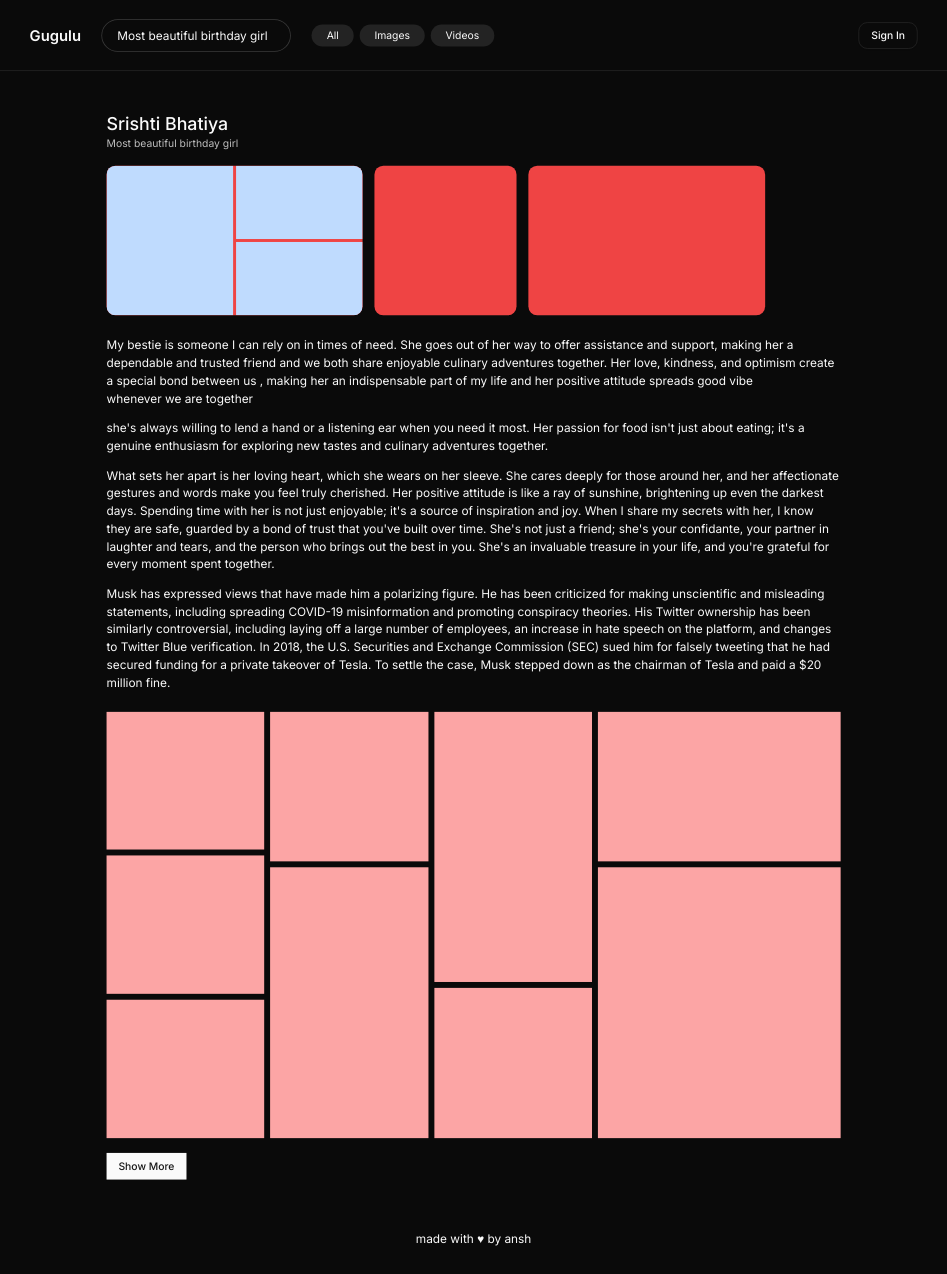
Repository: Harshgoel17/anshfinal
Page: /srishti
An editor plug-in stored every save of this project. The page is shown before and after the next save, followed by the edit.
The browser window is 1280 px wide. The pictures show the whole page, at 74% of full size.
The project was rebuilt for these pictures with package versions that can differ from the ones it lists, and the page was loaded fresh each time. The framework's server and built-in components were replaced by stand-ins that run in the browser. Also part of the build but not shown: next.config.js.

Above is the page before, as saved 2023-10-06 17:10:16.

### app/layout.js
import "./globals.css";
import { Inter } from "next/font/google";

const inter = Inter({ subsets: ["latin"] });

export const metadata = {
  title: "Gugulu",
  description: "Generated by create next app",
};

export default function RootLayout({ children }) {
  return (
    <html lang="en">
      <body className={inter.className}>{children}</body>
    </html>
  );
}

### app/srishti/page.jsx
import Gallery from '@/components/Gallery'
import Navbar from '@/components/Navbar'
import { Button } from '@/components/ui/button'
import React from 'react'

const page = () => {



  return (
    <div className='overflow-x-hidden'>
        <Navbar />
        <div className='py-14 px-36 gap-5 flex flex-col'>
            <div>
                <h1 className='text-2xl font-medium'>Srishti Bhatiya</h1>
                <p className='text-sm opacity-75'>Most beautiful birthday girl</p>
            </div>

            <div className='flex items-center gap-4'>
                <div className='bg-red-500 lg:w-[27vw] h-[28vh]  rounded-xl flex gap-1 overflow-hidden'>
                    <span className='bg-blue-200 w-[50%] h-full'></span>

                    <div className='flex flex-col gap-1 w-[50%] h-full'>
                        <span className='bg-blue-200 h-[50%] w-full'></span>
                        <span className='bg-blue-200 h-[50%] w-full'></span>
                    </div>
                </div>

                <div className='bg-red-500 lg:w-[15vw] h-[28vh]  rounded-xl flex gap-1 overflow-hidden'>

                </div>

                <div className='bg-red-500 lg:w-[25vw] h-[28vh]  rounded-xl flex gap-1 overflow-hidden'>

                </div>
            </div>

            <div className='text-lol py-2 flex flex-col gap-4'>
                <p>
                My bestie is someone I can rely on in times of need. She goes out of her way to offer assistance and support, making her a dependable and trusted friend and we both share enjoyable culinary adventures together. Her love, kindness, and optimism create a special bond between us , making her an indispensable part of my life and her positive attitude spreads good vibe whenever we are together


                </p>

                <p>
                she's always willing to lend a hand or a listening ear when you need it most. Her passion for food isn't just about eating; it's a genuine enthusiasm for exploring new tastes and culinary adventures together.


                </p>

                <p>
                What sets her apart is her loving heart, which she wears on her sleeve. She cares deeply for those around her, and her affectionate gestures and words make you feel truly cherished. Her positive attitude is like a ray of sunshine, brightening up even the darkest days. Spending time with her is not just enjoyable; it's a source of inspiration and joy.
When I share my secrets with her, I know they are safe, guarded by a bond of trust that you've built over time. She's not just a friend; she's your confidante, your partner in laughter and tears, and the person who brings out the best in you. She's an invaluable treasure in your life, and you're grateful for every moment spent together.


                </p>

                <p>
                Musk has expressed views that have made him a polarizing figure. He has been criticized for making unscientific and misleading statements, including spreading COVID-19 misinformation and promoting conspiracy theories. His Twitter ownership has been similarly controversial, including laying off a large number of employees, an increase in hate speech on the platform, and changes to Twitter Blue verification. In 2018, the U.S. Securities and Exchange Commission (SEC) sued him for falsely tweeting that he had secured funding for a private takeover of Tesla. To settle the case, Musk stepped down as the chairman of Tesla and paid a $20 million fine.
                </p>
            </div>

            <Gallery />


            <a href="/srishti/images">
                <Button >Show More</Button>
            </a>



            <div className='mt-12 mb-[-20px] text-center'>
                made with ♥ by ansh
            </div>
        </div>
    </div>
  )
}

export default page

### app/globals.css
@tailwind base;
@tailwind components;
@tailwind utilities;

@layer base {
  :root {
    --background: 0 0% 3.9%;
    --foreground: 0 0% 98%;

    --card: 0 0% 3.9%;
    --card-foreground: 0 0% 98%;

    --popover: 0 0% 3.9%;
    --popover-foreground: 0 0% 98%;

    --primary: 0 0% 98%;
    --primary-foreground: 0 0% 9%;

    --secondary: 0 0% 14.9%;
    --secondary-foreground: 0 0% 98%;

    --muted: 0 0% 14.9%;
    --muted-foreground: 0 0% 63.9%;

    --accent: 0 0% 14.9%;
    --accent-foreground: 0 0% 98%;

    --destructive: 0 62.8% 30.6%;
    --destructive-foreground: 0 0% 98%;

    --border: 0 0% 14.9%;
    --input: 0 0% 14.9%;
    --ring: 0 0% 83.1%;
  }

  .dark {
    --background: 0 0% 3.9%;
    --foreground: 0 0% 98%;

    --card: 0 0% 3.9%;
    --card-foreground: 0 0% 98%;

    --popover: 0 0% 3.9%;
    --popover-foreground: 0 0% 98%;

    --primary: 0 0% 98%;
    --primary-foreground: 0 0% 9%;

    --secondary: 0 0% 14.9%;
    --secondary-foreground: 0 0% 98%;

    --muted: 0 0% 14.9%;
    --muted-foreground: 0 0% 63.9%;

    --accent: 0 0% 14.9%;
    --accent-foreground: 0 0% 98%;

    --destructive: 0 62.8% 30.6%;
    --destructive-foreground: 0 0% 98%;

    --border: 0 0% 14.9%;
    --input: 0 0% 14.9%;
    --ring: 0 0% 83.1%;
  }
}

@layer base {
  * {
    @apply border-border;
  }
  body {
    @apply bg-background text-foreground;
  }
}

### components/Gallery.jsx
import React from 'react'

const Gallery = () => {
  return (
    <div className='h-[80vh] flex gap-2'>
        <div className='grid grid-cols-3 gap-2 h-full w-full flex-[2]  '>
            <div className='flex flex-col h-full w-full  gap-2'>
                <span className='bg-red-300 w-full h-full'></span>
                <span className='bg-red-300 w-full h-full'></span>
                <span className='bg-red-300 w-full h-full'></span>
            </div>

            <div className='flex flex-col h-full w-full  gap-2'>
                <span className='bg-red-300 w-full h-full flex-1'></span>

                <span className='bg-red-300 w-full h-full flex-[1.8]'></span>
            </div>

            <div className='flex flex-col h-full w-full  gap-2'>
                <span className='bg-red-300 w-full h-full flex-[1.8]'></span>
                <span className='bg-red-300 w-full h-full flex-1'></span>

            </div>


        </div>

        <div className='flex h-full flex-col w-full flex-1 gap-2  '>
            <span className='bg-red-300 w-full h-full flex-1'></span>
            <span className='bg-red-300 w-full h-full flex-[1.8]'></span>
        </div>
    </div>
  )
}

export default Gallery

### components/Navbar.jsx
import React from 'react'
import { Button } from "@/components/ui/button";

const Navbar = () => {
  return (
    <div className='flex h-24 w-screen items-center justify-between border-b px-10'>
        <div className='flex gap-7 items-center'>
            <h1 className='text-xl font-semibold'>Gugulu</h1>
            <input type="text" className="bg-background border border-foreground/20 rounded-full h-11 w-[20vw] px-5" value={'Most beautiful birthday girl'}/>

            <div className='flex items-center justify-center gap-2 text-sm'>
                <a href='/srishti' className='rounded-full bg-foreground/10 px-5 py-[5px] cursor-pointer'>All</a>
                <a href='/srishti/images' className='rounded-full bg-foreground/10 px-5 py-[5px] cursor-pointer'>Images</a>
                <a href='/srishti/videos' className='rounded-full bg-foreground/10 px-5 py-[5px] cursor-pointer'>Videos</a>
                {/*  */}
            </div>
        </div>
        <div className='flex items-center gap-6'>
            <Button variant="outline" className="rounded-xl" >Sign In</Button>
        </div>
    </div>
  )
}

export default Navbar

### components/ui/button.jsx
import * as React from "react"
import { Slot } from "@radix-ui/react-slot"
import { cva } from "class-variance-authority";

import { cn } from "@/lib/utils"

const buttonVariants = cva(
  "inline-flex items-center justify-center rounded-md text-sm font-medium transition-colors focus-visible:outline-none focus-visible:ring-1 focus-visible:ring-ring disabled:pointer-events-none disabled:opacity-50",
  {
    variants: {
      variant: {
        default:
          "bg-primary text-primary-foreground shadow hover:bg-primary/90",
        destructive:
          "bg-destructive text-destructive-foreground shadow-sm hover:bg-destructive/90",
        outline:
          "border border-input bg-transparent shadow-sm hover:bg-accent hover:text-accent-foreground",
        secondary:
          "bg-secondary text-secondary-foreground shadow-sm hover:bg-secondary/80",
        ghost: "hover:bg-accent hover:text-accent-foreground",
        link: "text-primary underline-offset-4 hover:underline",
      },
      size: {
        default: "h-9 px-4 py-2",
        sm: "h-8 rounded-md px-3 text-xs",
        lg: "h-10 rounded-md px-8",
        icon: "h-9 w-9",
      },
    },
    defaultVariants: {
      variant: "default",
      size: "default",
    },
  }
)

const Button = React.forwardRef(({ className, variant, size, asChild = false, ...props }, ref) => {
  const Comp = asChild ? Slot : "button"
  return (
    (<Comp
      className={cn(buttonVariants({ variant, size, className }))}
      ref={ref}
      {...props} />)
  );
})
Button.displayName = "Button"

export { Button, buttonVariants }

Loaded but not shown: lib/utils.js (common file); tailwind.config.js (common file)

After the next save:
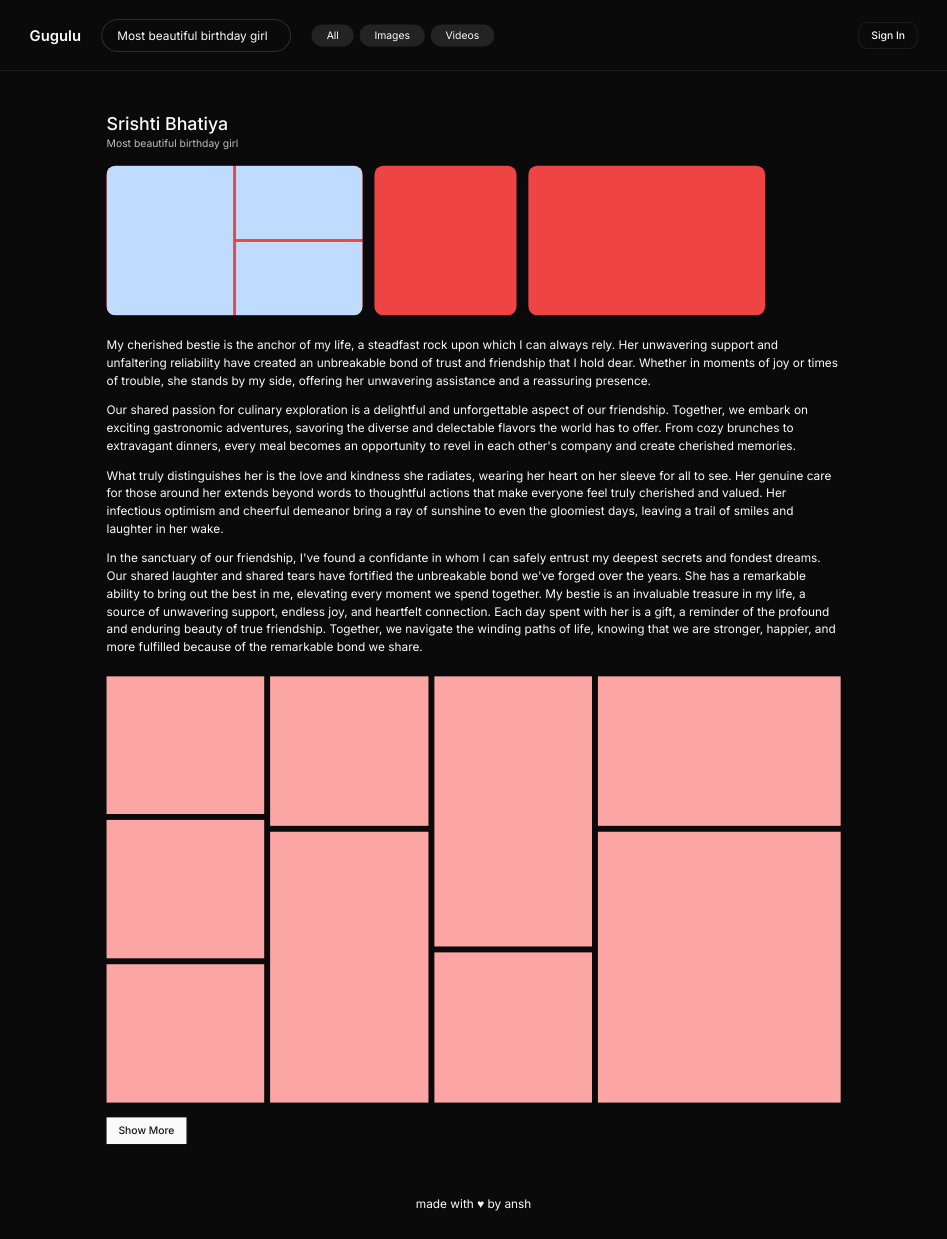
Saved 2 min 5 s later.
--- a/app/srishti/page.jsx
+++ b/app/srishti/page.jsx
@@ -37,26 +37,25 @@ const page = () => {
 
             <div className='text-lol py-2 flex flex-col gap-4'>
                 <p>
-                My bestie is someone I can rely on in times of need. She goes out of her way to offer assistance and support, making her a dependable and trusted friend and we both share enjoyable culinary adventures together. Her love, kindness, and optimism create a special bond between us , making her an indispensable part of my life and her positive attitude spreads good vibe whenever we are together
+                My cherished bestie is the anchor of my life, a steadfast rock upon which I can always rely. Her unwavering support and unfaltering reliability have created an unbreakable bond of trust and friendship that I hold dear. Whether in moments of joy or times of trouble, she stands by my side, offering her unwavering assistance and a reassuring presence.
 
 
                 </p>
 
                 <p>
-                she's always willing to lend a hand or a listening ear when you need it most. Her passion for food isn't just about eating; it's a genuine enthusiasm for exploring new tastes and culinary adventures together.
+                Our shared passion for culinary exploration is a delightful and unforgettable aspect of our friendship. Together, we embark on exciting gastronomic adventures, savoring the diverse and delectable flavors the world has to offer. From cozy brunches to extravagant dinners, every meal becomes an opportunity to revel in each other's company and create cherished memories.
 
 
                 </p>
 
                 <p>
-                What sets her apart is her loving heart, which she wears on her sleeve. She cares deeply for those around her, and her affectionate gestures and words make you feel truly cherished. Her positive attitude is like a ray of sunshine, brightening up even the darkest days. Spending time with her is not just enjoyable; it's a source of inspiration and joy.
-When I share my secrets with her, I know they are safe, guarded by a bond of trust that you've built over time. She's not just a friend; she's your confidante, your partner in laughter and tears, and the person who brings out the best in you. She's an invaluable treasure in your life, and you're grateful for every moment spent together.
+                What truly distinguishes her is the love and kindness she radiates, wearing her heart on her sleeve for all to see. Her genuine care for those around her extends beyond words to thoughtful actions that make everyone feel truly cherished and valued. Her infectious optimism and cheerful demeanor bring a ray of sunshine to even the gloomiest days, leaving a trail of smiles and laughter in her wake.
 
 
                 </p>
 
                 <p>
-                Musk has expressed views that have made him a polarizing figure. He has been criticized for making unscientific and misleading statements, including spreading COVID-19 misinformation and promoting conspiracy theories. His Twitter ownership has been similarly controversial, including laying off a large number of employees, an increase in hate speech on the platform, and changes to Twitter Blue verification. In 2018, the U.S. Securities and Exchange Commission (SEC) sued him for falsely tweeting that he had secured funding for a private takeover of Tesla. To settle the case, Musk stepped down as the chairman of Tesla and paid a $20 million fine.
+                In the sanctuary of our friendship, I've found a confidante in whom I can safely entrust my deepest secrets and fondest dreams. Our shared laughter and shared tears have fortified the unbreakable bond we've forged over the years. She has a remarkable ability to bring out the best in me, elevating every moment we spend together. My bestie is an invaluable treasure in my life, a source of unwavering support, endless joy, and heartfelt connection. Each day spent with her is a gift, a reminder of the profound and enduring beauty of true friendship. Together, we navigate the winding paths of life, knowing that we are stronger, happier, and more fulfilled because of the remarkable bond we share.
                 </p>
             </div>
 
